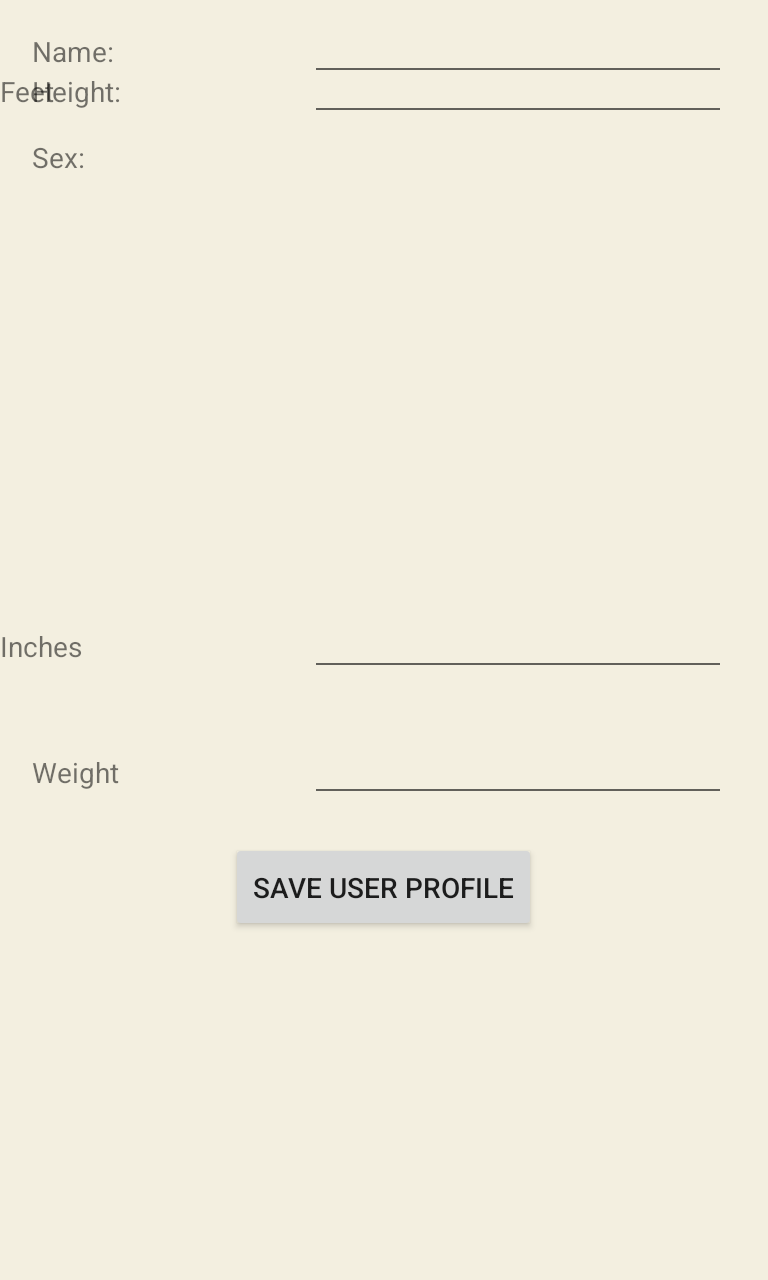
Repository: CS185Wingman/wingman
Layout: Workspace/wingman/res/layout/user_settings.xml
The author's editor kept a copy of each file at every save. The layout is drawn from the files as they stood at one save, then again after a run of saves.
It is drawn on a 768 x 1280 px phone screen (xhdpi) without system bars, with theme AppTheme; the app's code is not run.

Above is the layout before, as saved 2014-06-06 04:26:46.

### Workspace/wingman/res/layout/user_settings.xml
<?xml version="1.0" encoding="utf-8"?>
<RelativeLayout xmlns:android="http://schemas.android.com/apk/res/android"
    android:layout_width="wrap_content"
    android:layout_height="wrap_content"
    android:background="@color/offwhite" >

    <TextView
        android:id="@+id/nameLabel"
        android:layout_width="wrap_content"
        android:layout_height="wrap_content"
        android:layout_alignParentLeft="true"
        android:layout_alignParentTop="true"
        android:layout_marginLeft="16dp"
        android:layout_marginTop="16dp"
        android:text="Name:" />

    <EditText
        android:id="@+id/nameField"
        android:layout_width="wrap_content"
        android:layout_height="wrap_content"
        android:layout_alignBaseline="@+id/nameLabel"
        android:layout_alignBottom="@+id/nameLabel"
        android:layout_alignParentRight="true"
        android:layout_marginRight="20dp"
        android:ems="10"
        android:inputType="textPersonName" />

    <TextView
        android:id="@+id/sexLabel"
        android:layout_width="wrap_content"
        android:layout_height="wrap_content"
        android:layout_alignLeft="@+id/nameLabel"
        android:layout_below="@+id/nameField"
        android:layout_marginTop="26dp"
        android:text="Sex:" />

    <RadioGroup>

        <RadioButton
            android:id="@+id/maleButton"
            android:layout_width="wrap_content"
            android:layout_height="wrap_content"
            android:text="Male" />

        <RadioButton
            android:id="@+id/femaleButton"
            android:layout_width="wrap_content"
            android:layout_height="wrap_content"
            android:text="Female" />
    </RadioGroup>

    <TextView
        android:id="@+id/heightLabel"
        android:layout_width="wrap_content"
        android:layout_height="wrap_content"
        android:layout_alignLeft="@+id/sexLabel"
        android:layout_marginTop="36dp"
        android:text="Height:" />

    <EditText
        android:id="@+id/heightField"
        android:layout_width="wrap_content"
        android:layout_height="wrap_content"
        android:layout_alignBaseline="@+id/heightLabel"
        android:layout_alignBottom="@+id/heightLabel"
        android:layout_alignLeft="@+id/nameField"
        android:ems="10"
        android:inputType="number" >

        />
    </EditText>

    <EditText
        android:id="@+id/inchesField"
        android:layout_width="wrap_content"
        android:layout_height="wrap_content"
        android:layout_alignLeft="@+id/heightField"
        android:layout_alignRight="@+id/heightField"
        android:layout_centerVertical="true"
        android:ems="10"
        android:inputType="number" />

    <TextView
        android:id="@+id/feetLabel"
        android:layout_width="wrap_content"
        android:layout_height="wrap_content"
        android:layout_alignBaseline="@+id/heightField"
        android:layout_alignBottom="@+id/heightField"
        android:text="Feet" />

    <TextView
        android:id="@+id/inchesLabel"
        android:layout_width="wrap_content"
        android:layout_height="wrap_content"
        android:layout_alignBaseline="@+id/inchesField"
        android:layout_alignBottom="@+id/inchesField"
        android:layout_alignLeft="@+id/feetLabel"
        android:text="Inches" />

    <TextView
        android:id="@+id/weightLabel"
        android:layout_width="wrap_content"
        android:layout_height="wrap_content"
        android:layout_alignLeft="@+id/heightLabel"
        android:layout_below="@+id/inchesField"
        android:layout_marginTop="36dp"
        android:text="Weight" />

    <EditText
        android:id="@+id/weightField"
        android:layout_width="wrap_content"
        android:layout_height="wrap_content"
        android:layout_alignBaseline="@+id/weightLabel"
        android:layout_alignBottom="@+id/weightLabel"
        android:layout_alignLeft="@+id/inchesField"
        android:ems="10"
        android:inputType="number" />

    <Button
        android:id="@+id/saveSettingsButton"
        android:layout_width="wrap_content"
        android:layout_height="wrap_content"
        android:layout_below="@+id/weightField"
        android:layout_centerHorizontal="true"
        android:layout_marginTop="16dp"
        android:text="Save User Profile" />

</RelativeLayout>

### Workspace/wingman/res/values/colors.xml
<?xml version="1.0" encoding="utf-8"?>
<resources>
    <color name="red">#ff0000</color>
    <color name="green">#00ff00</color>
    <color name="orange">#ff6600</color>
    <color name="blue">#0066FF</color>
    <color name="grey">#696969</color>
    <color name="teal">#217c7e</color>
    <color name="offwhite">#f3efe0</color>
    <color name="lightblue">#3399ff</color>
    <color name="darkred">#9a3334</color>
</resources>

Loaded but not shown: Workspace/wingman/res/values/styles.xml (common file); Workspace/wingman/res/values-v11/styles.xml (common file); Workspace/wingman/res/values-v14/styles.xml (common file)

After the next 2 saves:
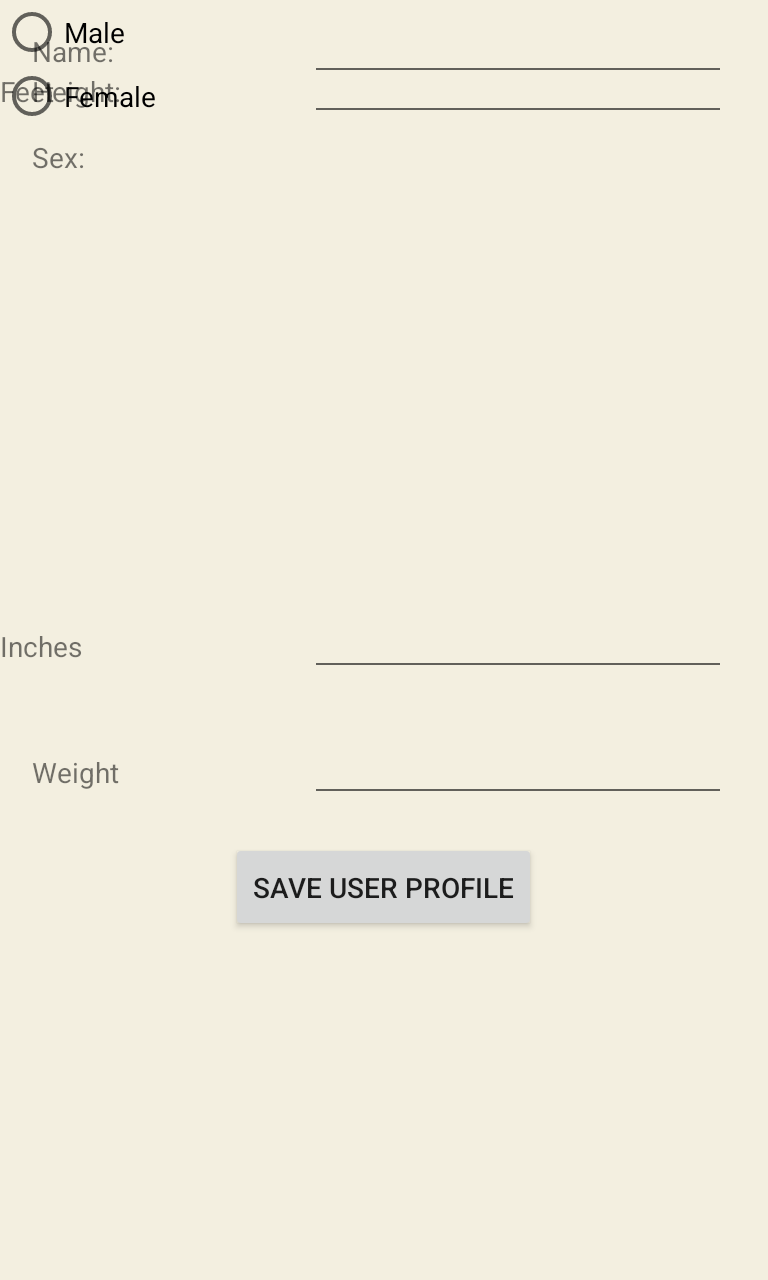
The 2 saves are shown as one change because 1 did not build or start.
The last was saved 24 s later.
--- a/Workspace/wingman/res/layout/user_settings.xml
+++ b/Workspace/wingman/res/layout/user_settings.xml
@@ -34,7 +34,10 @@
         android:layout_marginTop="26dp"
         android:text="Sex:" />
 
-    <RadioGroup>
+    <RadioGroup
+    android:layout_width="fill_parent"
+    android:layout_height="wrap_content"
+    android:orientation="vertical">
 
         <RadioButton
             android:id="@+id/maleButton"
